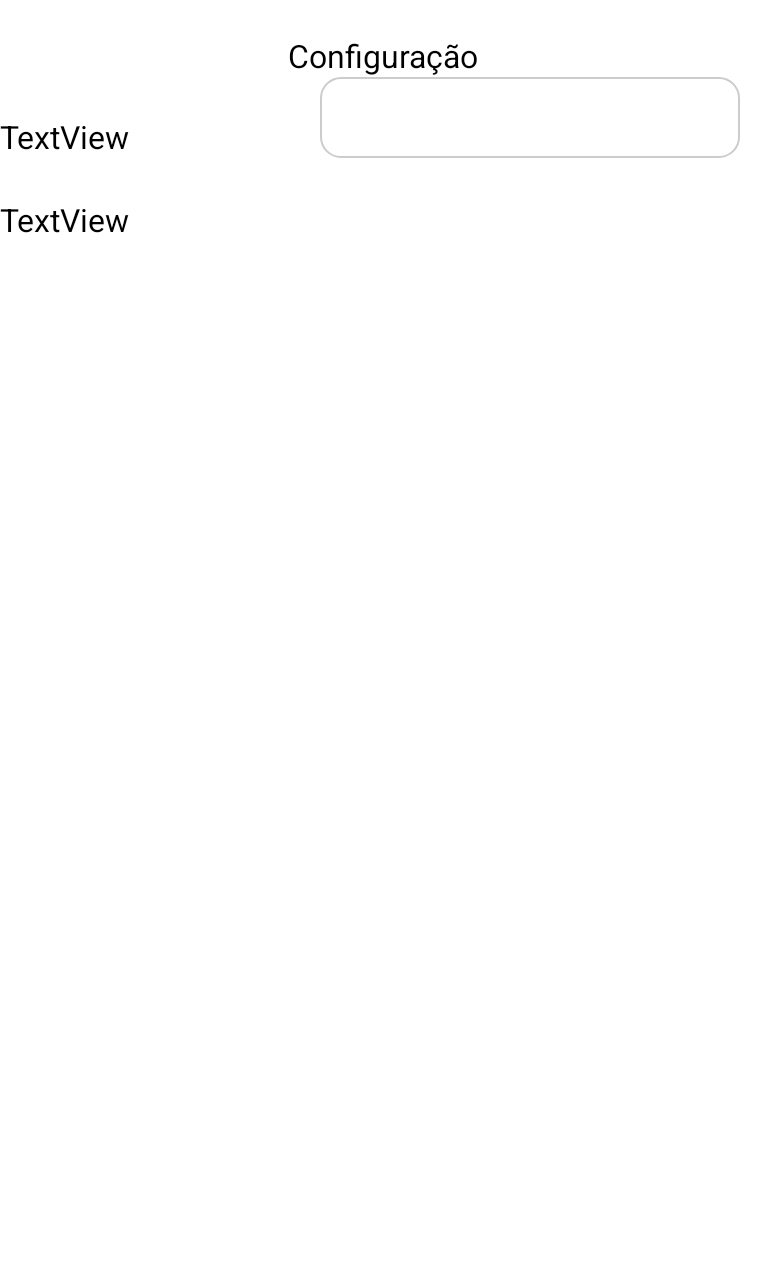
Repository: RafaDeschain/DoarSP
Layout: doarSP/res/layout/fragment_alterardados.xml
The author's editor kept a copy of each file at every save. The layout is drawn from the files as they stood at one save, then again after the next save.
It is drawn on a 768 x 1280 px phone screen (xhdpi) without system bars, with theme AppTheme; the app's code is not run.

Above is the layout before, as saved 2014-04-21 03:29:58.

After the next save:
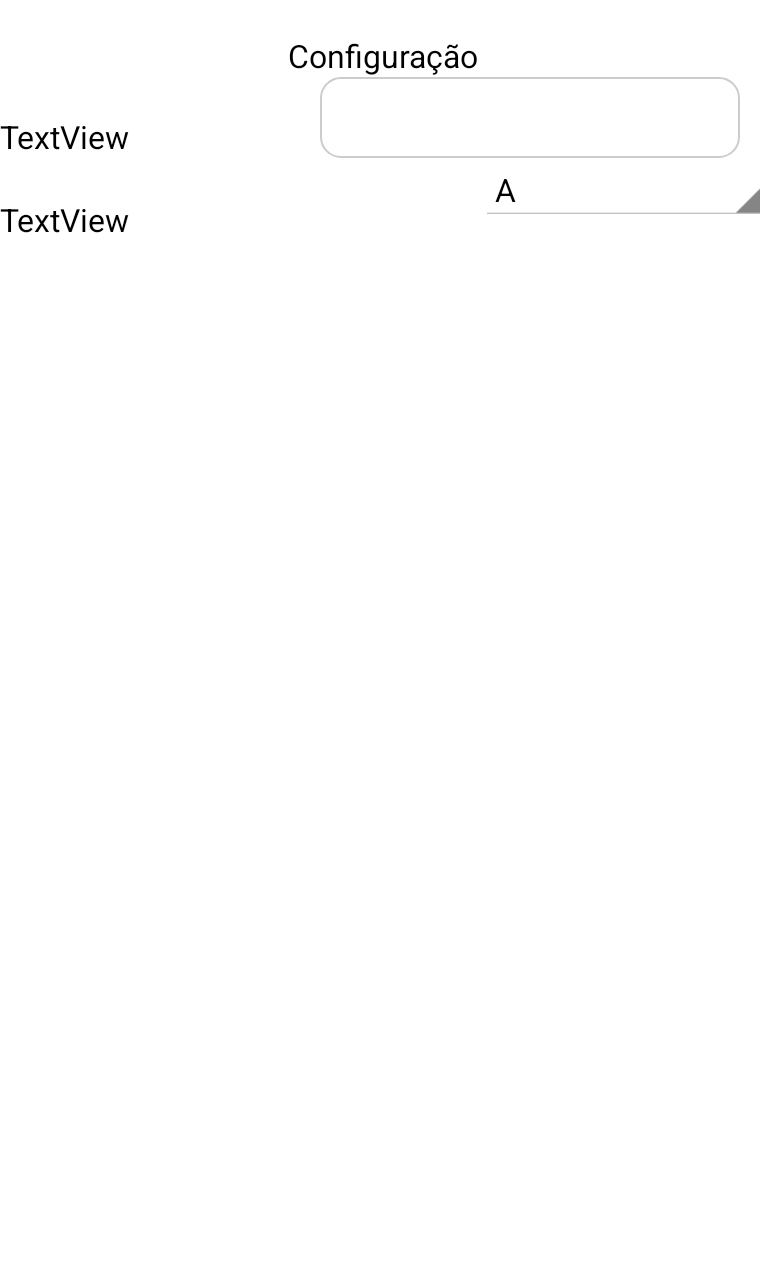
Saved 88 s later.
--- a/doarSP/res/layout/fragment_alterardados.xml
+++ b/doarSP/res/layout/fragment_alterardados.xml
@@ -39,6 +39,13 @@
         android:layout_marginTop="20dp"
         android:text="TextView" />
 
-
+    <Spinner
+        android:id="@+id/spinner1"
+        android:layout_width="wrap_content"
+        android:layout_height="wrap_content"
+        android:layout_alignParentRight="true"
+        android:layout_below="@+id/editText1"
+        android:layout_toRightOf="@+id/textView1"
+        android:entries="@array/tipos_Sanguineos"/>
 
 </RelativeLayout>
